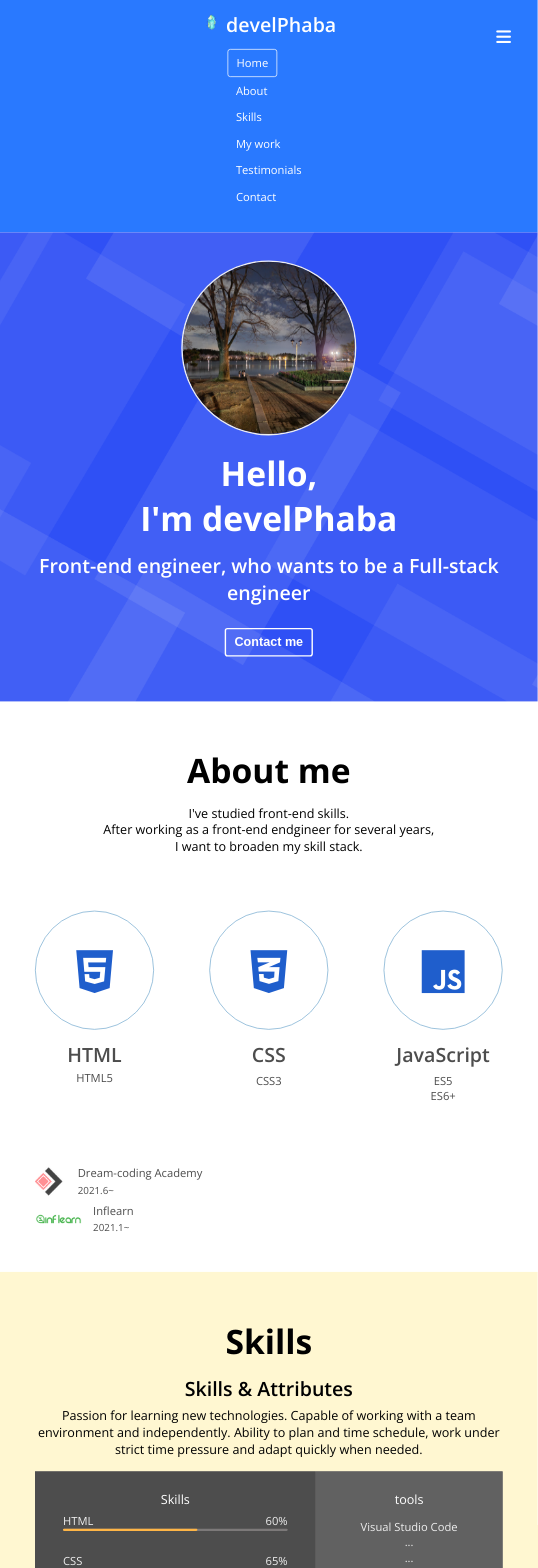
Repository: delphkim/portfolio
Page: index.html
An editor plug-in stored every save of this project. The page is shown before and after the next save, followed by the edit.
The browser window is 768 px wide. The pictures show the part of the page from y = 0 to 2240 px (the page is 4828 px tall before and 4638 px after), at 70% of full size.
Some web libraries are served in a nearby version.

Above is the page before, as saved 2021-08-04 20:00:37.

### index.html
<!DOCTYPE html>
<html lang="en">
  <head>
    <meta charset="UTF-8" />
    <meta http-equiv="X-UA-Compatible" content="IE=edge" />
    <meta name="viewport" content="width=device-width, initial-scale=1.0" />
    <title>DevelPhaba's Portfolio</title>
    <meta name="description" content="Portfolio for world-reknowned software engineer develPhaba"/>
    <meta name="author" content="develPhaba" />
    <link rel="icon" type="img/png" href="./imgs/favicon.png">
    <script src="https://kit.fontawesome.com/d2b892ca94.js" crossorigin="anonymous"></script>
    <link rel="preconnect" href="https://fonts.googleapis.com" />
    <link rel="preconnect" href="https://fonts.gstatic.com" crossorigin />
    <link href="https://fonts.googleapis.com/css2?family=Open+Sans:wght@400;600;700&display=swap" rel="stylesheet"/>
    <!-- CSS rules to specify families -->
    <!-- 1. font-family: 'Open Sans', sans-serif;  -->
    <link rel="stylesheet" href="./style.css">
    <script src="./main.js" defer></script>
  </head>
  <body>
    <!-- Navbar -->
    <nav id="navbar">
      <div class="navbar__logo">
        <img class="navbar__icon" src="./imgs/favicon.png" alt="logo">
        <a href="#">develPhaba</a>
      </div>

        <ul class="navbar__menu">
          <li class="navbar__menu__item active">Home</li>
          <li class="navbar__menu__item">About</li>
          <li class="navbar__menu__item">Skills</li>
          <li class="navbar__menu__item">My work</li>
          <li class="navbar__menu__item">Testimonials</li>
          <li class="navbar__menu__item">Contact</li>
        </ul>
    <!-- Toggle button -->
        <button class="navbar__toggle-btn">
          <i class="fas fa-bars"></i>
        </button>
    </nav>
    <!-- Home -->
    <section id="home">
      <img src="./imgs/home.jpg"
           alt="develPhabas' profile photo"
           class="home__avatar">
           <h1 class="home__title">Hello, <br>I'm develPhaba</br></h1>
           <h2 class="home__description">Front-end engineer, who wants to be a Full-stack engineer </h2>
           <button class="home__contact">Contact me</button>
    </section>
    <!-- About -->
    <section id="about" class="section section__container">
      <h1>About me</h1>
      <p>I've studied front-end skills.
        <br>After working as a front-end endgineer for several years,
        <br>I want to broaden my skill stack.
      </p>
      <div class="about__majors">
        <div class="major">
          <div class="major__icon">
            <i class="fab fa-html5"></i>
          </div>
          <h2 class="major__title">HTML</>
          <p class="major__description">HTML5</p>
        </div>
        <div class="major">
            <div class="major__icon">
              <i class="fab fa-css3-alt"></i>
            </div>
            <h2 class="major__title">CSS</h2>
            <p class="major__description">CSS3</p>
        </div>
        <div class="major">
          <div class="major__icon">
            <i class="fab fa-js"></i>
          </div>
          <h2 class="major__title">JavaScript</h2>
          <p class="major__description">ES5<br>ES6+</p>
        </div>
      </div>
      <div class="about__schools">
        <div class="school">
          <img src="./imgs/schools/dream-coding.png" alt="dream-coding" class="school__logo">
          <div class="school__description">
             <p class="school__title">Dream-coding Academy</p>
             <p class="school__years">2021.6~</p>
          </div>
        </div>
        <div class="school">
          <img src="./imgs/schools/inflearn.png" alt="inflearn" class="school__logo">
          <div class="school__description">
             <p class="school__title">Inflearn</p>
             <p class="school__years">2021.1~</p>
          </div>
        </div>
      </div>

    </section>
    <!-- Skills -->
     <section id="skills" class="section">
       <div class="section__container">
           <h1>Skills</h1>
  <h2>Skills & Attributes</h2>
  <p>
    Passion for learning new technologies. Capable of working with a team environment
    and independently. Ability to plan and time schedule, work under
    strict time pressure and adapt quickly when needed.
  </p>
  <div class="skillset">
    <div class="skillset__left">
      <h3 class="skillset__title">Skills</h3>
      <div class="skill">
        <div class="skill__description">
          <span>HTML</span>
          <span>60%</span>
        </div>
        <div class="skill__bar">
          <div class="skill__value" style="width: 60%"></div>
        </div>
      </div>
      <div class="skill">
        <div class="skill__description">
          <span>CSS</span>
          <span>65%</span>
        </div>
        <div class="skill__bar">
          <div class="skill__value" style="width: 65%"></div>
        </div>
      </div>
      <div class="skill">
        <div class="skill__description">
          <span>JavaScript</span>
          <span>70%</span>
        </div>
        <div class="skill__bar">
          <div class="skill__value" style="width: 70%"></div>
        </div>
      </div>
    </div>
    <div class="skillset__right">
      <div class="tools">
        <h3 class="skillset__title">tools</h3>
        <ul class="tools__list">
          <li><span>Visual Studio Code</span></li>
          <li><span>...</span></li>
          <li><span>...</span></li>
          <li><span>...</span></li>
          <li><span>...</span></li>
        </ul>
      </div>
      <div class="etc">
        <h3 class="skillset__title">etc</h3>
        <ul class="ect__list">
          <li><span>Git</span></li>
          <li><span>Github</span></li>
          <li><span>...</span></li>
        </ul>
      </div>
    </div>
  </div>
       </div>
    </section>
   <!-- Work -->
    <section id="work" class="section">
      <div class="section__container">
         <h1>My work</h1>
 <h3>Projects</h3>
 <div class="work__categories">
   <button class="category__btn">All <span class="category__count">8</span></button>
   <button class="category__btn">Vanilla JS <span class="category__count">3</span></button>
   <button class="category__btn">React <span class="category__count">3</span></button>
   <button class="category__btn">Backend <span class="category__count">2</span></button>
 </div>
 <div class="work__projects">
   <a href="https://github.com/develPhaba/test"
      class="project"
      target="blank">
      <img class="project__img" src="./imgs/projects/1.jpg" alt="one">
      <div class="project__description">
        <h3>first project</h3>
        <span>Clone coding with HTML and CSS</span>
      </div>
   </a>
   <a href="https://github.com/develPhaba/test"
      class="project"
      target="blank">
      <img class="project__img" src="./imgs/projects/2.jpg" alt="two">
      <div class="project__description">
       <h3>Second project</h3>
       <span>Clone coding with HTML, CSS and JavaScript</span>
     </div>
   </a>
   <a href="https://github.com/develPhaba/test"
      class="project"
      target="blank">
      <img class="project__img" src="./imgs/projects/3.jpg" alt="three">
      <div class="project__description">
       <h3>third project</h3>
       <span>Clone coding with HTML,CSS and JavaScript</span>
      </div>
   </a>
   <a href="https://github.com/develPhaba/test"
      class="project"
      target="blank">
     <img class="project__img" src="./imgs/projects/4.jpg" alt="four">
     <div class="project__description">
       <h3>fourth project</h3>
       <span>Clone coding,Front-end with React</span>
     </div>
   </a>
   <a href="https://github.com/develPhaba/test"
      class="project"
      target="blank">
     <img class="project__img" src="./imgs/projects/5.jpg" alt="five">
     <div class="project__description">
       <h3>fifth project</h3>
       <span>Clone coding,Front-end with React</span>
     </div>
   </a>
   <a href="https://github.com/develPhaba/test"
      class="project"
      target="blank">
     <img class="project__img" src="./imgs/projects/6.jpg" alt="six">
     <div class="project__description">
       <h3>sixth project</h3>
       <span>Clone coding,Front-end with React</span>
     </div>
   </a>
   <a href="https://github.com/develPhaba/test"
      class="project"
      target="blank">
      <img class="project__img" src="./imgs/projects/7.jpg" alt="seven">
      <div class="project__description">
       <h3>seventh project</h3>
       <span>Clone coding, Back-end with Node.js</span>
      </div>
   </a>
   <a href="https://github.com/develPhaba/test"
      class="project"
      target="blank">
      <img class="project__img" src="./imgs/projects/8.jpg" alt="eight">
      <div class="project__description">
       <h3>eighth project</h3>
       <span>Clone coding, Back-end with Node.js</span>
      </div>
   </a>
 </div>
      </div>
    </section>
    <!-- Testimonials -->
    <section id="testimonials" class="section">
      <div class="section__container">
         <h1>Testimonials</h1>
 <h3>See what they say about me</h3>
 <div class="testimonials">
   <div class="testimonial">
     <img src="./imgs/testimonial/people1.jpg"
          alt="people"
          class="testimonial__avatar">
          <div class="testimonial__speech-bubble">
            <p>Lorem ipsum dolor sit amet consectetur adipisicing elit. Magnam, vitae.
              Dolores sit in amet quos. Alias maiores accusantium dolore error illo eligendi,
              vel sint aperiam nemo soluta debitis deserunt voluptas.</p>
              <p class="name"><a href="https://github.com/develPhaba/test">TestName</a>/Test company</p>
          </div>
   </div>
   <div class="testimonial">
     <img src="./imgs/testimonial/people2.jpg"
          alt="people"
          class="testimonial__avatar">
          <div class="testimonial__speech-bubble">
           <p>Lorem ipsum dolor sit amet consectetur adipisicing elit. Magnam, vitae.
             Dolores sit in amet quos. Alias maiores accusantium dolore error illo eligendi,
             vel sint aperiam nemo soluta debitis deserunt voluptas.</p>
           <p class="name"><a href="https://github.com/develPhaba/test">TestName2</a>/Test company2</p>
         </div>
   </div>
 </div>
      </div>
    </section>
    <!-- Contact -->
    <section id="contact" class="section">
      <h1 class="contact__title">Let's talk</h1>
      <h2 class="contact__email">hgkim9201@gmail.com</h2>
      <div class="contact__links">
      <a href="https://github.com/develPhaba">
        <i class="fa fa-github"></i>
      </a>
      <a href="">
      <i class="fa fa-linkedin-square"></i>
      </a>
      </div>
      <p class="contact__rights">Dreaming-coding Ellie -All rights reserved</p>
    </section>
  </body>
</html>

### style.css
:root {
  /* Color */
  --color-white: #ffffff;
  --color-light-white: #eeeeee;
  --color-dark-white: #bdbdbd;
  --color-pink: #fe918d;
  --color-dark-pink: #ff6863;
  --color-dark-grey: #4d4d4d;
  --color-grey: #616161;
  --color-light-grey: #7c7979;
  --color-blue: #73aace;
  --color-yellow: #fff7d1;
  --color-orange: #feb546;
  --color-black: #000000;
  --color-green: #80deea;
  --color-dark-green: #17b0bb;
  --color-sky-blue: #2979ff;
  --color-dark-blue: rgb(31, 94, 204);
  /* Font size */
  --font-large: 48px;
  --font-medium: 28px;
  --font-regular: 18px;
  --font-small: 16px;
  --font-micro: 14px;
  /* Font weight */
  --weight-bold: 700;
  --weight-semi-bold: 600;
  --weight-regular: 400;
  /* Size */
  --size-border-radius: 4px;
  /*Animation*/
  --animation-duration: 300ms;
}
/* Universal tags */
* {
  box-sizing: border-box;
}
body {
  font-family: "Open Sans", sans-serif;
  margin: 0;
  cursor: default;
}
a {
  text-decoration: none;
  color: var(--color-white);
}
ul {
  list-style: none;
  padding-left: 0;
}
h1 {
  font-size: var(--font-large);
  font-weight: var(--weight-bold);
  color: var(--color-black);
  margin: 16px 0;
}
h2 {
  font-size: var(--font-medium);
  font-weight: var(--weight-semi-bold);
  color: var(--color-black);
  margin: 8px 0;
}
h3 {
  font-size: var(--font-regular);
  font-weight: var(--weight-regular);
  color: var(--color-black);
  margin: 8px 0;
}
p {
  font-size: var(--font-regular);
  font-weight: var(--weight-regular);
  color: var(--color-black);
  margin: 4px 0;
}
button {
  background-color: transparent;
  cursor: pointer;
  border: none;
  outline: none;
}
/* Navbar */
#navbar {
  display: flex;
  justify-content: space-between;
  background-color: var(--color-sky-blue);
  align-items: center;
  color: var(--color-white);
  padding: 16px;
}
.navbar__logo {
  font-size: var(--font-medium);
  font-weight: var(--weight-semi-bold);
}
.navbar__icon {
  width: var(--font-medium);
  height: var(--font-medium);
}
.navbar__menu {
  display: flex;
}
.navbar__menu__item {
  padding: 8px 12px;
  margin: 0 4px;
  cursor: pointer;
  border-radius: var(--size-border-radius);
}
.navbar__menu__item:hover {
  background-color: var(--color-dark-blue);
}
.navbar__menu__item.active {
  border: 1px solid var(--color-white);
}
.navbar__toggle-btn {
  position: absolute;
  right: 32px;
  top: 38px;
  font-size: 24px;
  color: var(--color-white);
  display: none;
}
/*Home*/
#home {
  background: url(./imgs/homepage-background.png) center/cover no-repeat;
  padding: 40px;
  text-align: center;
}
.home__avatar {
  width: 250px;
  height: 250px;
  border-radius: 50%;
  border: 2px solid var(--color-light-white);
}
.home__title,
.home__description {
  color: var(--color-white);
}
.home__contact {
  color: var(--color-white);
  font-size: var(--font-regular);
  font-weight: var(--weight-bold);
  margin: 24px;
  padding: 8px 12px;
  border: 2px solid var(--color-white);
  border-radius: var(--size-border-radius);
}
/* Section common */
.section {
  text-align: center;
  padding: 50px;
  margin: auto;
}
.section__container {
  max-width: 1200px;
  margin: auto;
}
/* About me */
.about__majors {
  display: flex;
  justify-content: space-between;
  margin: 80px 0;
}
.major__icon {
  color: var(--color-dark-blue);
  font-size: 70px;
  width: 170px;
  height: 170px;
  line-height: 170px;
  margin: auto;
  border: 1px solid var(--color-blue);
  border-radius: 50%;
  margin-bottom: 16px;
}
.major__title,
.major__description {
  color: var(--color-dark-grey);
}
.major__description {
  font-size: var(--font-small);
}
.major__icon i {
  transition: all var(--animation-duration) ease;
}
.major__icon:hover i {
  transform: rotate(-30deg) scale(1.1);
  color: var(--color-dark-pink);
}
.school {
  display: flex;
  align-items: center;
}
.school__description {
  margin: 0 16px;
  text-align: left;
}
.school__title,
.school__years {
  color: var(--color-dark-grey);
}

.school__title {
  font-size: var(--font-small);
}
.school__years {
  font-size: var(--font-micro);
}
/* Skills */
#skills {
  background-color: var(--color-yellow);
}
.skillset {
  display: flex;
  background-color: var(--color-light-grey);
  color: var(--color-light-white);
  margin: 20px 0;
}
.skillset__title {
  color: var(--color-white);
}
.skillset__left {
  flex-basis: 60%;
  background-color: var(--color-dark-grey);
  padding: 20px 40px;
}
.skill__description {
  display: flex;
  justify-content: space-between;
}
.skillset__right {
  flex-basis: 40%;
}
.skill {
  margin-bottom: 32px;
}
.skill__bar {
  width: 100%;
  height: 3px;
  background-color: var(--color-light-grey);
  border-radius: var(--size-border-radius);
}
.skill__value {
  height: 3px;
  background-color: var(--color-orange);
  border-radius: var(--size-border-radius);
}
.tools {
  background-color: var(--color-grey);
}

.tools,
.etc {
  padding: 20px;
}

/* Work */
.work__categories {
  margin: 40px;
}
.category__btn {
  border: 1px solid var(--color-light-white);
  border-radius: var(--size-border-radius);
  font-size: var(--font-regular);
  padding: 8px 48px;
}
.category__btn.active,
.category__btn:hover {
  background-color: var(--color-sky-blue);
  color: var(--color-white);
}
.category__btn.active .category__count,
.category__btn:hover .category__count {
  opacity: 1;
  top: 0;
}
.category__count {
  border-radius: 50%;
  background-color: var(--color-dark-green);
  color: var(--color-white);
  width: 24px;
  height: 24px;
  display: inline-block;
  line-height: 24px;
  position: relative;
  top: -20px;
  left: 4px;
  opacity: 0;
  transition: all var(--animation-duration) ease-in;
}

.work__projects {
  display: flex;
  flex-wrap: wrap;
  justify-content: center;
}
.project {
  width: 200px;
  height: 250px;
  margin: 2px;
  background-color: var(--color-light-white);
  position: relative;
  display: flex;
  justify-content: center;
  align-items: center;
}

.project__img {
  max-width: 100%;
  max-height: 100%;
}
.project__description {
  position: absolute;
  top: 0;
  left: 0;
  background-color: var(--color-black);
  width: 100%;
  height: 100%;
  display: flex;
  flex-direction: column;
  justify-content: center;
  transition: all var(--animation-duration) ease-in;
  opacity: 0;
  transform: translateY(-10px);
}
.project:hover .project__description {
  opacity: 0.8;
  transform: translateY(0);
}

.project__description h3 {
  color: var(--color-white);
}
.project__description h3:after {
  content: "";
  width: 24px;
  height: 2px;
  background-color: var(--color-dark-white);
  display: block;
  position: relative;
  left: 50%;
  margin-left: -12px;
  margin-top: 8px;
}
/* Testimonials */
#testimonials {
  background-color: var(--color-light-white);
}
.testimonials {
  margin: 40px;
}
.testimonials :nth-child(2) {
  flex-direction: row-reverse;
}
.testimonial:nth-child(odd) .testimonial__avatar {
  margin-right: 32px;
}
.testimonial:nth-child(even) .testimonial__avatar {
  margin-left: 32px;
}
.testimonial {
  margin: 32px 0;
  display: flex;
}
.testimonial__avatar {
  width: 150px;
  height: 150px;
  border-radius: 50%;
}
.testimonial__speech-bubble {
  background-color: var(--color-white);
  padding: 18px;
  border-radius: var(--size-border-radius);
}
.testimonial__speech-bubble p {
  color: var(--color-light-grey);
}
.testimonial__speech-bubble a {
  color: var(--color-dark-blue);
}
/* Contact */
#contact {
  background-color: var(--color-sky-blue);
}

.contact__title,
.contact__email,
.contact__rights {
  color: var(--color-white);
}

.contact__title {
  margin: 32px 0;
}
.contact__email {
  font-size: --font-;
}

.contact__links {
  font-size: var(--font-large);
  margin: 24px 0;
}
.contact__links a:hover i {
  transform: scale(1.2);
  color: var(--color-pink);
}

.contact__links i {
  transition: all var(--animation-duration) ease-in;
}

/* For below 768px screen width */
@media screen and (max-width: 768px) {
  .navbar__toggle-btn {
    display: block;
  }
  #navbar {
    flex-direction: column;
  }
  .navbar__menu {
    flex-direction: column;
    align-items: flex-start;
  }
}

Loaded but not shown: main.js (no stored copy; drawn as an empty file)

After the next save:
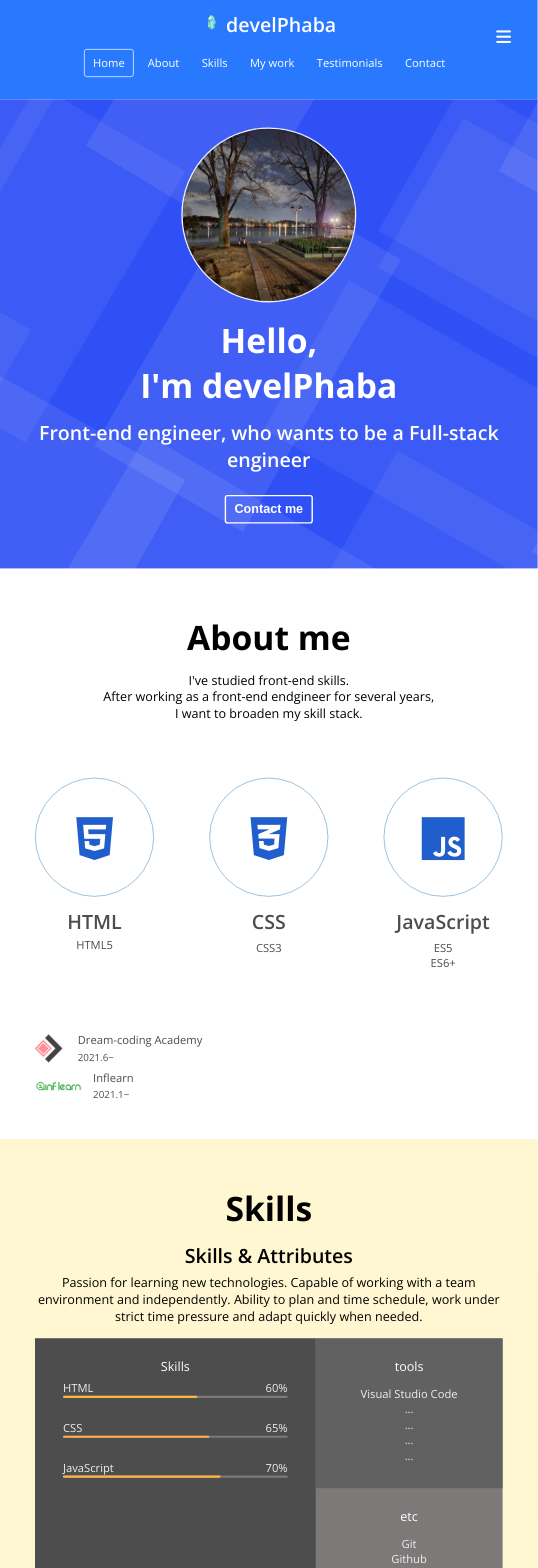
Saved 29 s later.
--- a/style.css
+++ b/style.css
@@ -414,8 +414,4 @@
   #navbar {
     flex-direction: column;
   }
-  .navbar__menu {
-    flex-direction: column;
-    align-items: flex-start;
-  }
-}
+}
